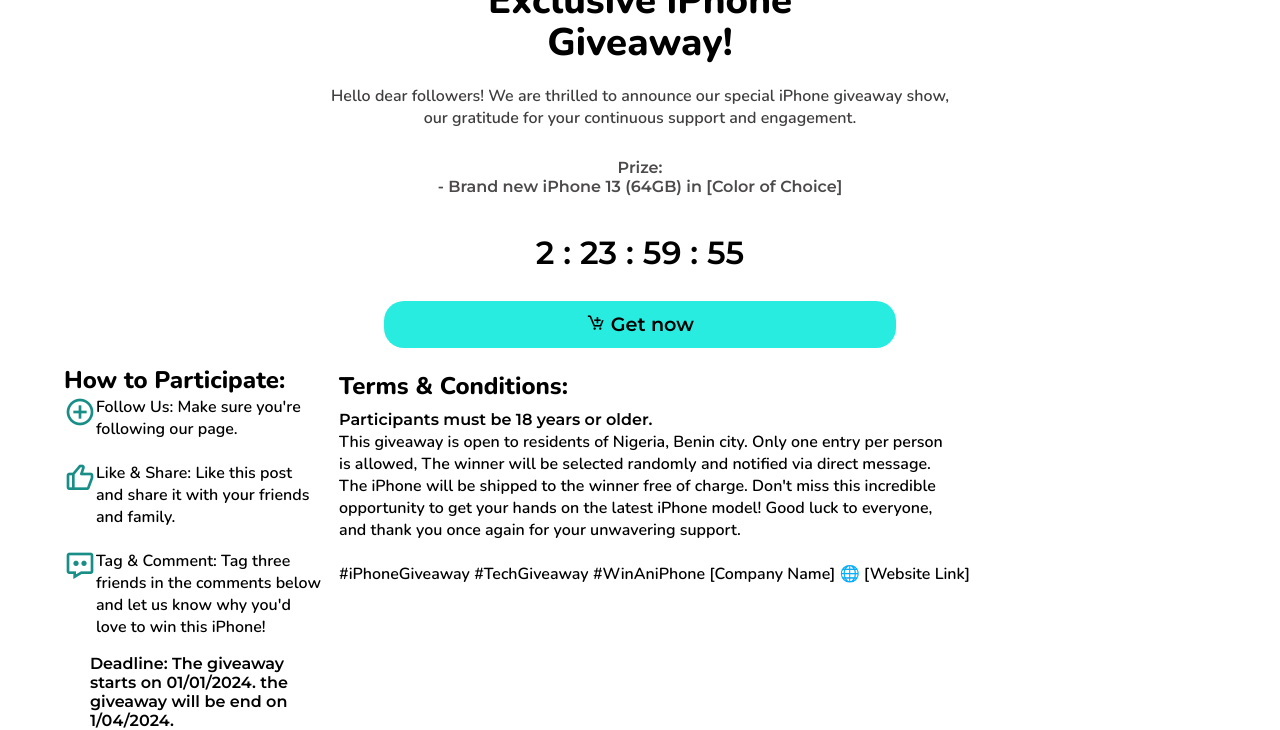
Repository: pasafista/freebie-iphone-webpage
Page: index.html
These files come from the project's save history. The page is drawn as it stood at one moment and after a run of saves; the edit follows.
The browser window is 1280 px wide. The pictures show the part of the page from y = 792 to 1578 px (the page is 1522 px tall before and 1578 px after).
A picture or video elsewhere on the page could not be fetched, so the positions and the page height are approximate.

Above is the page before, as saved 2024-01-02 01:05:31.

### index.html
<!DOCTYPE html>
<html lang="en">
  <head>
    <meta charset="UTF-8" />
    <title>Three-Day Timer</title>
    <link
      href="https://unpkg.com/boxicons@2.1.4/css/boxicons.min.css"
      rel="stylesheet"
    />
    <link rel="preconnect" href="https://fonts.googleapis.com" />
    <link rel="preconnect" href="https://fonts.gstatic.com" crossorigin />
    <link
      href="https://fonts.googleapis.com/css2?family=Montserrat:wght@600&family=Nunito:wght@600;800&display=swap"
      rel="stylesheet"
    />
    <link rel="stylesheet" href="style.css" />
    <script src="script.js"></script>
  </head>
  <body>
    <section class="main">

      <div class="hero-image-container">
        <img
          src="https://i.pinimg.com/474x/2d/cf/68/2dcf689ceba46c826341fbc847af2764.jpg"
          class="hero-image"
        />
      </div>

      <div class="hero-txt">
        <h1>Exclusive <span class="h1">iPhone</span> <br />Giveaway!</h1>
        <div class="top">
          Hello dear followers! We are thrilled to announce our special iPhone
          giveaway show,
          <br />
          our gratitude for your continuous support and engagement.
        </div>
        <div class="bottom">
          Prize:<br />- Brand new iPhone 13 (64GB) in [Color of Choice]
        </div>
        <div class="timer" id="timer">
          <span class="days">3</span> : <span class="hours">00</span> :
          <span class="minutes">00</span> :
          <span class="seconds">00</span>
        </div>

        <button><i class="bx bx-cart-add"></i> Get now</button>
      </div>

    </section>
    <section class="foot">
      <div class="Participate">
        <h1>How to Participate:</h1>
        <ul>
          <li>
            <i class="bx bx-plus-circle"></i> Follow Us: Make sure you're
            following our page.
          </li>
          <br />
          <li>
            <i class="bx bx-like"></i> Like & Share: Like this post and share it
            with your friends and family.
          </li>
          <br />
          <li>
            <i class="bx bx-message-dots"></i>Tag & Comment: Tag three friends
            in the comments below and let us know why you'd love to win this
            iPhone!
          </li>
        </ul>
        <div class="info2">
          <!-- The content will be dynamically updated by JavaScript -->
        </div>
      </div>
      <div class="TC">
        <h1>Terms & Conditions:</h1>
        <p class="para">
          <span class="tiny"> Participants must be 18 years or older. </span
          ><br />
        </p>
        <div class="para-block">
          This giveaway is open to residents of Nigeria, Benin city. Only one
          entry per person is allowed, The winner will be selected randomly and
          notified via direct message. The iPhone will be shipped to the winner
          free of charge. Don't miss this incredible opportunity to get your
          hands on the latest iPhone model! Good luck to everyone, and thank you
          once again for your unwavering support.
        </div>
        <br />
        #iPhoneGiveaway #TechGiveaway #WinAniPhone [Company Name] 🌐 [Website
        Link]
      </div>
    </section>
  </body>
</html>

### style.css
* {
  margin: 0;
  padding: 0;
  box-sizing: border-box;
}

.main {
  display: flex;
  flex-direction: row-reverse;
  align-items: center;
  margin: auto;
}

.hero-image-container {
  width: 40%;
} /* this is a div class name for the hero image, i used this to create a flexbox */

.hero-image {
  width: 100%;
} /*this is the hero image, it is set to 100% so that the image will occupy the space available in the hero image container*/

.hero-txt {
  width: 50%;
  display: flex;
  flex-direction: column;
  justify-content: center;
  align-items: left;
  gap: 0.8em;
}

.hero-txt h1 {
  font-size: 3rem;
  font-family: "Nunito", sans-serif;
  line-height: 1.1em;
}

.h1:hover {
  color: #28ece0;
  cursor: pointer;
}

.top {
  font-size: 1.2rem;
  font-family: "Nunito", sans-serif;
  color: rgb(63, 61, 61);
}

.bottom {
  font-size: 1.2rem;
  font-family: "Montserrat", sans-serif !important;
  color: rgb(76, 74, 74);
}

button {
  width: 40%;
  padding: 0.6em 0.01em;
  font-size: 1.2em;
  border-radius: 20px;
  font-family: "Montserrat", sans-serif !important;
  border: none;
  outline: none;
  background-color: #28ece0;
}

button:hover {
  cursor: pointer;
  box-shadow: 5px 5px 0px 2px #082f2d;
}

.timer {
  font-family: "Montserrat", sans-serif !important;
  font-size: 2rem;
}

.foot {
  display: flex;
  width: 90%;
  margin: auto;
  gap: 1em;
}

.Participate {
  font-family: "Nunito", sans-serif;
  display: flex;
  flex-direction: column;
}

.info2 {
  margin-top: 1em;
  font-family: "Montserrat", sans-serif !important;
  width: 90%;
  align-self: flex-end;
}

ul li {
  display: flex;
  font-weight: 600;
}

li i {
  color: #188e86;
  font-size: 2rem;
}

.TC h1 {
  font-family: "Nunito", sans-serif;
  margin-bottom: 0.3em;
}

.tiny {
  font-size: 1rem;
  font-family: "Montserrat", sans-serif;
}

.para-block {
  font-size: 1rem;
  width: 70%;
}

.TC {
  margin-top: 0.4em;
  font-family: "Nunito", sans-serif;
}

@media screen and (max-width:320px), (min-width:480px) {
    .main{
display: flex;
flex-direction: column;
padding-bottom: 1em;

    }

    .hero-image-container{
        width: 80%;
    }

    .hero-image, .hero-txt{
        width: 100%;
    }

    .hero-txt h1{
        text-align: center;
        font-size: 2.4rem;
    }

    .top, .bottom{
        font-size: 1rem;
        text-align: center;
        padding: 0.5em;
    }

 .timer{
    font-size: 2rem;
    text-align: center;
    padding: 0.5em;
}

button{
    margin: auto;
}

.button:hover{
    box-shadow: 0;
}

.foot{
    display: ;
}

 }

### script.js
document.addEventListener('DOMContentLoaded', function() {
    var deadline = new Date();
    deadline.setDate(deadline.getDate() + 3); // Set deadline 3 days from now

    function getTimeRemaining(endtime) {
        var total = Date.parse(endtime) - Date.parse(new Date());
        var seconds = Math.floor((total / 1000) % 60);
        var minutes = Math.floor((total / 1000 / 60) % 60);
        var hours = Math.floor((total / (1000 * 60 * 60)) % 24);
        var days = Math.floor(total / (1000 * 60 * 60 * 24));
        return {
            total,
            days,
            hours,
            minutes,
            seconds
        };
    }

    function initializeClock(id, endtime) {
        var clock = document.getElementById(id);
        var daysSpan = clock.querySelector('.days');
        var hoursSpan = clock.querySelector('.hours');
        var minutesSpan = clock.querySelector('.minutes');
        var secondsSpan = clock.querySelector('.seconds');

        function updateClock() {
            var t = getTimeRemaining(endtime);

            daysSpan.innerHTML = t.days;
            hoursSpan.innerHTML = ('0' + t.hours).slice(-2);
            minutesSpan.innerHTML = ('0' + t.minutes).slice(-2);
            secondsSpan.innerHTML = ('0' + t.seconds).slice(-2);

            if (t.total <= 0) {
                clearInterval(timeinterval);
            }
        }

        updateClock();
        var timeinterval = setInterval(updateClock, 1000);
    }

    initializeClock('timer', deadline);

    // Display today's date and the date 3 days from now
    var today = new Date();
    var dd = String(today.getDate()).padStart(2, '0');
    var mm = String(today.getMonth() + 1).padStart(2, '0'); // January is 0!
    var yyyy = today.getFullYear();
    var threeDaysFromNow = new Date(today);
    threeDaysFromNow.setDate(today.getDate() + 3);

    today = mm + '/' + dd + '/' + yyyy;
    threeDaysFromNow = (threeDaysFromNow.getMonth() + 1) + '/' + String(threeDaysFromNow.getDate()).padStart(2, '0') + '/' + threeDaysFromNow.getFullYear();

    // Update the content of the info2 div
    var info2Div = document.querySelector('.info2');
    info2Div.innerHTML = "Deadline: The giveaway starts on " + today + ". the giveaway will be end on " + threeDaysFromNow + ".";
});

After the next 2 saves:
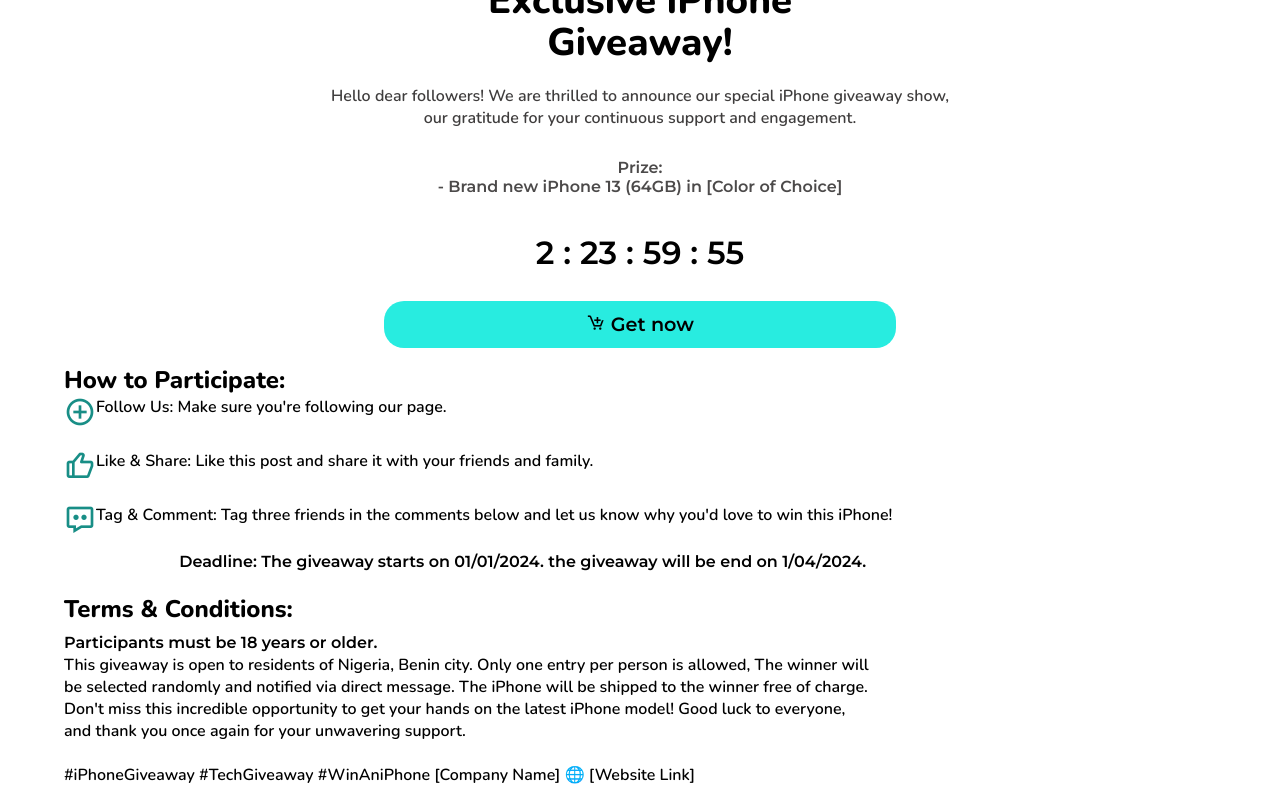
The 2 saves are shown as one change because they came seconds apart.
The last was saved 6 s later.
--- a/style.css
+++ b/style.css
@@ -164,7 +164,8 @@
 }
 
 .foot{
-    display: ;
+    display: flex;
+    flex-direction: column;
 }
 
  }
